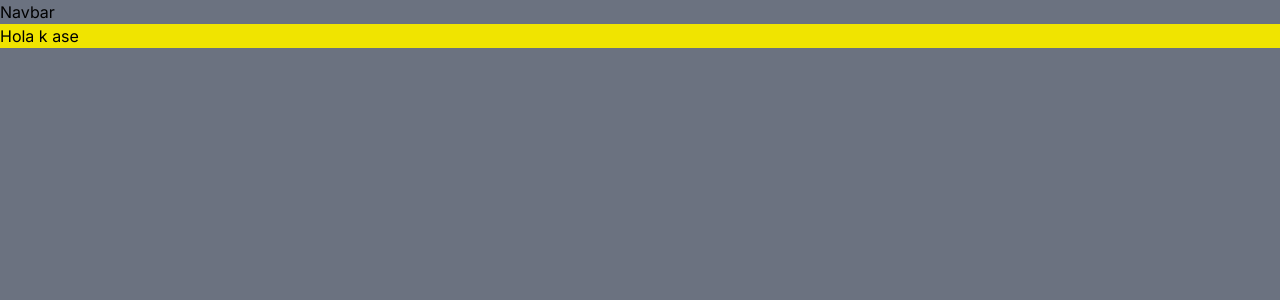
Repository: aldovelacasas/PF_RentCar2
Page: /homePage
These files come from the project's save history. The page is drawn as it stood at one moment and after the next save; the edit follows.
The browser window is 1280 px wide. The pictures show the whole page.
The project was rebuilt for these pictures with package versions that can differ from the ones it lists, and the page was loaded fresh each time. The framework's server and built-in components were replaced by stand-ins that run in the browser. Also part of the build but not shown: next.config.js.

Above is the page before, as saved 2023-08-29 18:32:58.

After the next save:
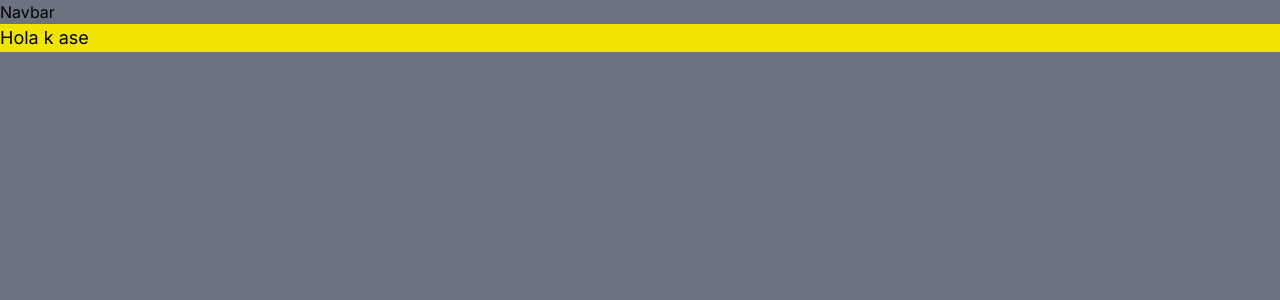
Saved 22 s later.
--- a/src/app/homePage/page.jsx
+++ b/src/app/homePage/page.jsx
@@ -3,7 +3,7 @@ import { Rubik, Poppins } from "next/font/google";
 function HomePage() {
   return (
     <div className="bg-amarillo_status font-Rubik">
-      <h1 className="font-rubik">Hola k ase</h1>
+      <h1 className="font-rubik text-lg">Hola k ase</h1>
       <div></div>
     </div>
   );
